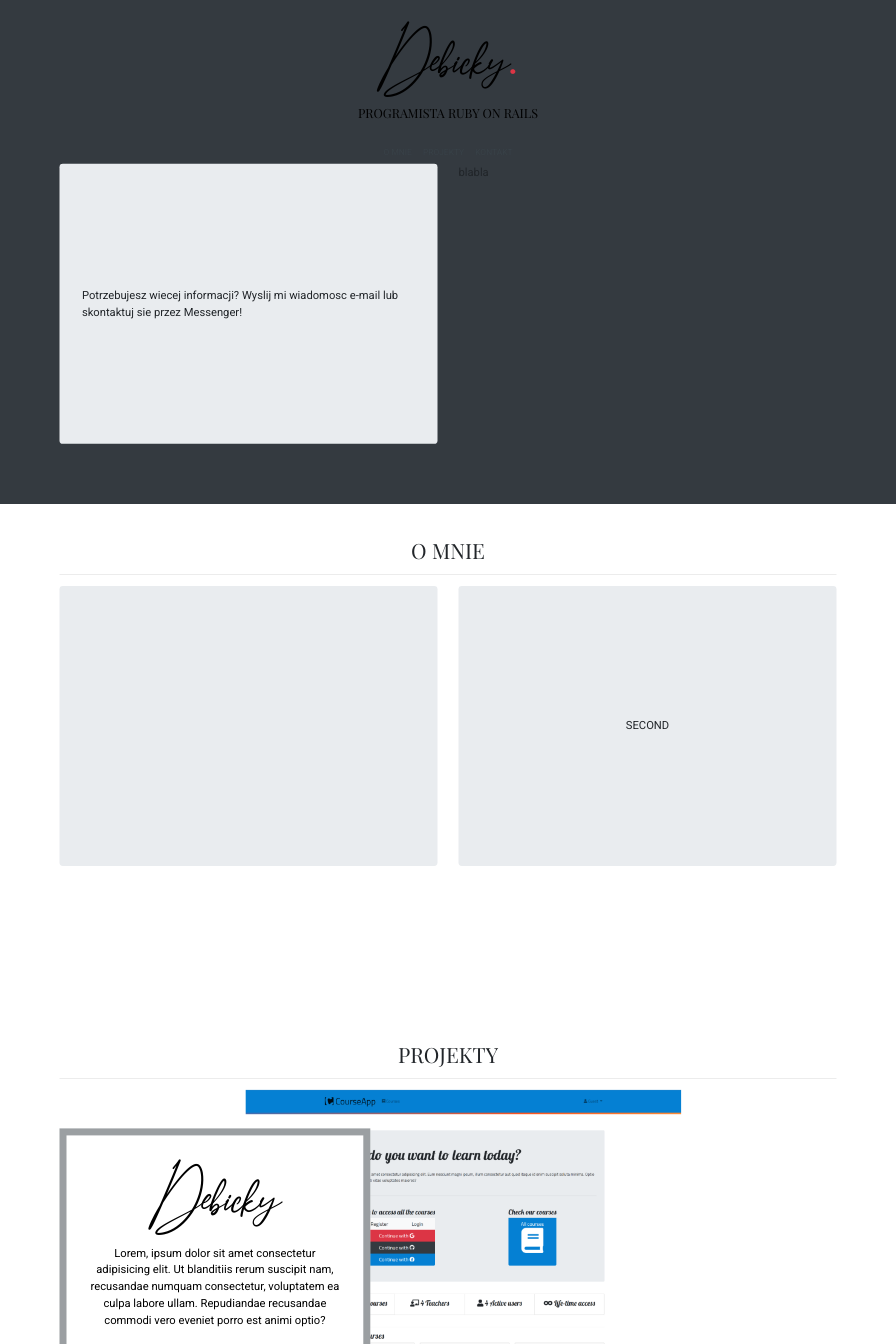
Repository: debicky/debicky.github.io
Page: index.html
The author's editor kept a copy of each file at every save. The page is drawn from the files as they stood at one save, then again after a run of saves.
The browser window is 1280 px wide. The pictures show the part of the page from y = 0 to 1920 px (the page is 4287 px tall), at 70% of full size.
Some web libraries are served in a nearby version.

Above is the page before, as saved 2020-06-10 15:04:32.

After the next 4 saves:
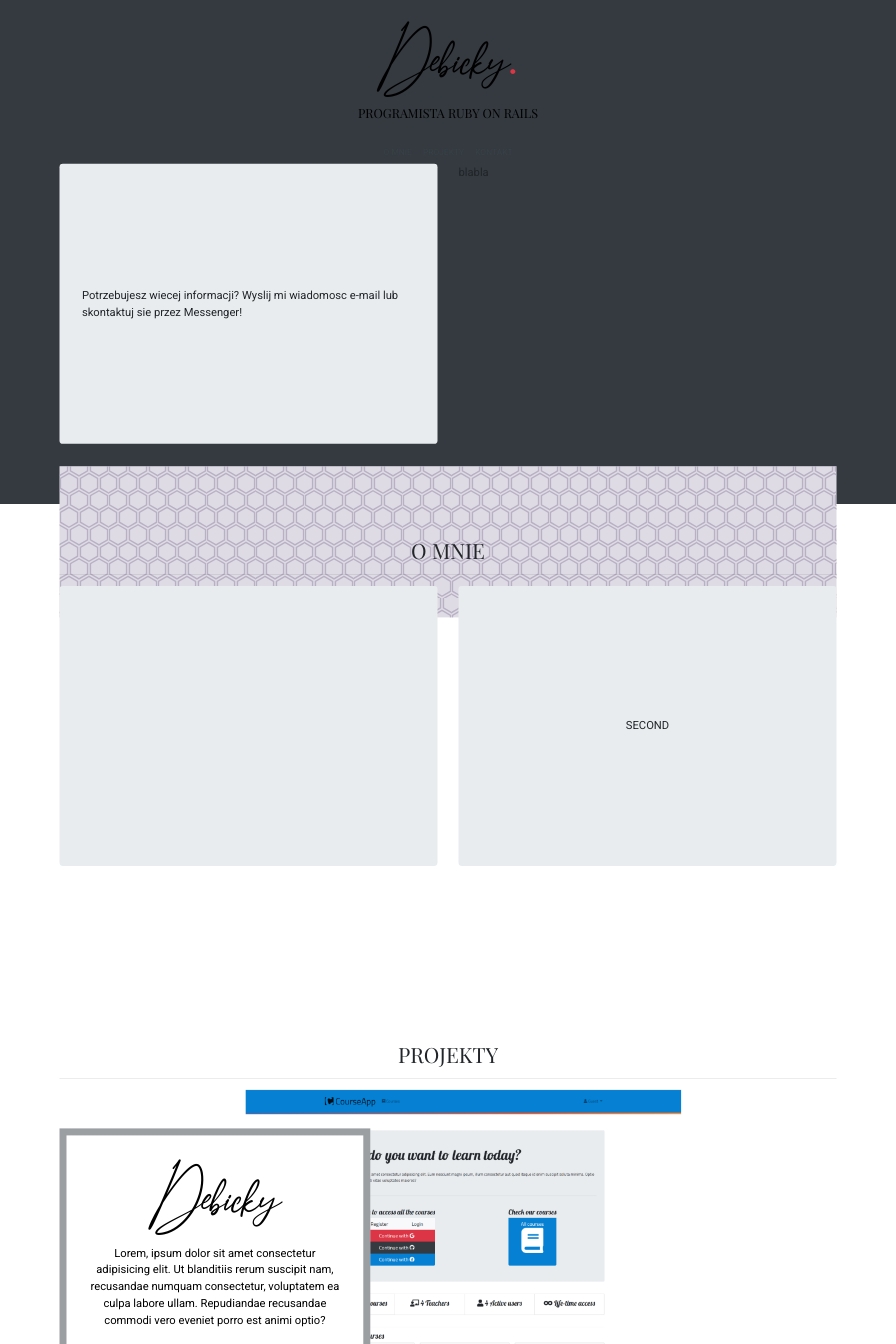
The 4 saves are shown as one change because they came seconds apart.
The last was saved 12 s later.
--- a/styles.css
+++ b/styles.css
@@ -86,7 +86,7 @@ header{
 /* About */
 
 .pattern{
-  height: 100%;
+  min-height: 30vh;
   width: auto;
   background-color: #DFDBE5;
 background-image: url("data:[embedded picture, 530 characters]");
